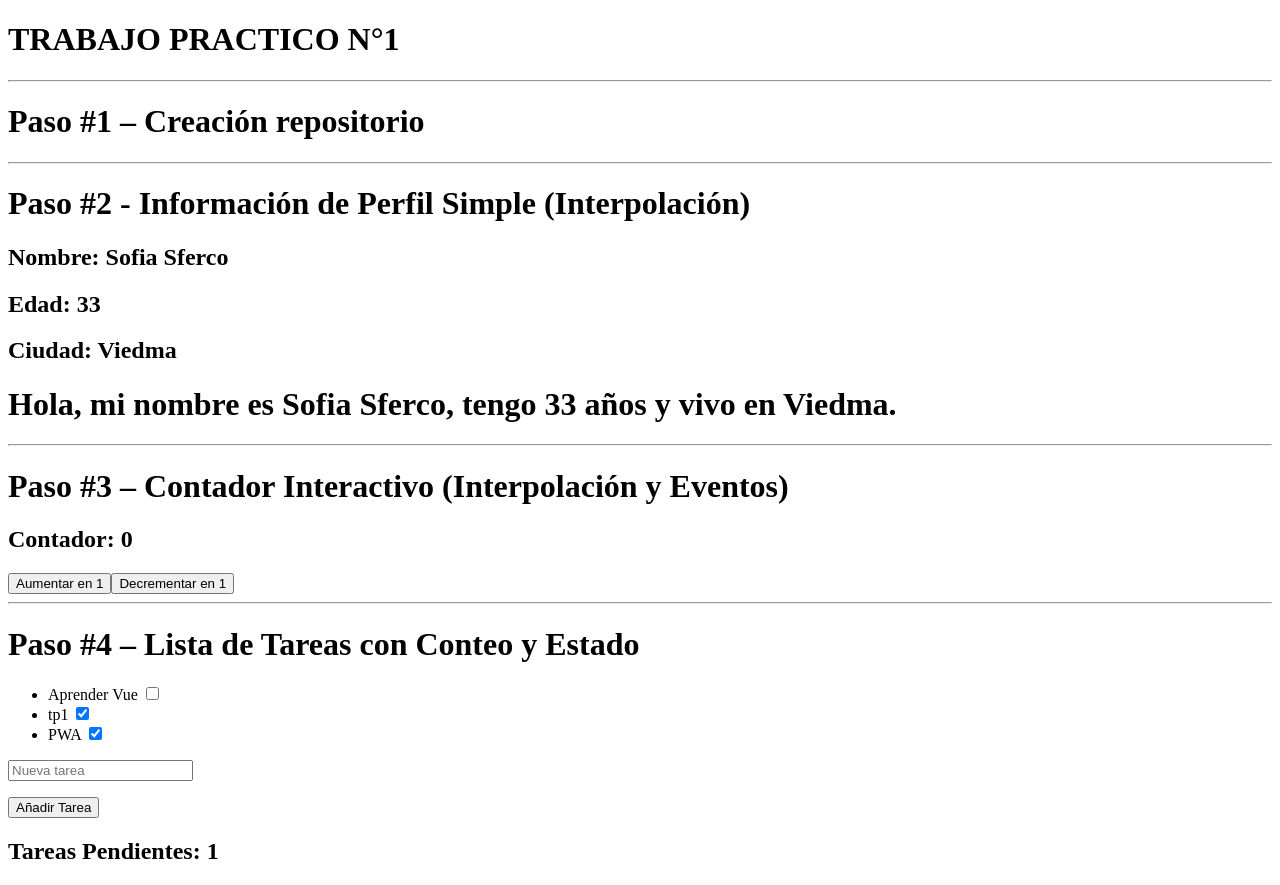
Repository: SofiaSferco/PWA-2026
Page: practico01/index.html
The author's editor kept a copy of each file at every save. The page is drawn from the files as they stood at one save, then again after the next save.
The browser window is 1280 px wide. The pictures show the whole page.

Above is the page before, as saved 2026-09-10 02:06:44.

### practico01/index.html
<!DOCTYPE html>
<html lang="en">
<head>
    <meta charset="UTF-8">
    <title>Practico 01</title>
    <script src="https://cdn.jsdelivr.net/npm/vue/dist/vue.js"></script>
</head>
<body>
    <div id="app">
        <p>
            <h1>TRABAJO PRACTICO N°1</h1>
        </p>
        <hr>
        <h1>Paso #1 – Creación repositorio</h1>
        <hr>
        <h1>Paso #2 - Información de Perfil Simple (Interpolación)</h1>
        <h2>Nombre: {{nombre}}</h2>
        <h2>Edad: {{edad}}</h2>
        <h2>Ciudad: {{ciudad}}</h2>
        <h1>Hola, mi nombre es {{nombre}}, tengo {{edad}} años y vivo en {{ciudad}}.</h1>
        <hr>
        <h1>Paso #3 – Contador Interactivo (Interpolación y Eventos)</h1>
        <h2>Contador: {{contador}}</h2>
        <button @click="aumentar">Aumentar en 1</button><button v-on:click="decrementar">Decrementar en 1</button>
        <hr>
        <h1>Paso #4 – Lista de Tareas con Conteo y Estado</h1>
        <ul>
            <li v-for="tarea in tareas" :key="tarea.id">
                {{tarea.texto}} <input type="checkbox" v-model="tarea.completada">
            </li>
        </ul>
        <p>
            <input type="text" v-model="nuevaTarea" placeholder="Nueva tarea">
        </p>
        <button @click="agregarTarea">Añadir Tarea</button>
        <h2>Tareas Pendientes: {{tareasPendientes.length}}</h2>
    </div>
    <script>
       var app= new Vue({
           el: '#app',
           data: {
               nombre: 'Sofia Sferco',
               edad: 33,
               ciudad: 'Viedma',
               contador: 0,
               nuevaTarea: '',
               tareas: [
                {
                id:1,
                texto: 'Aprender Vue',
                completada: false,
               },
                {
                id:2,
                texto: 'tp1',
                completada: true,
               },
               {
                id:3,
                texto: 'PWA',
                completada: true,
               },
            ]
           },
            methods: {
               aumentar: function() {
                    this.contador++;
               },
               decrementar: function() {
                    this.contador--;
               },
               agregarTarea: function () {
                this.tareas.push({
                    id:this.tareas.length + 1,
                    texto: this.nuevaTarea,
                    completada:false,
                    }
                )
                this.nuevaTarea = '';
            },
           },
           computed: {
            tareasPendientes: function() {
                        return this.tareas.filter(function(tarea){
                            return tarea.completada==false
                        }
                    )
                    },
            totalTareas: function() {
                    return this.tareas.length;
                    },

                }
            }
       )
    </script>
</body>
</html>

After the next save:
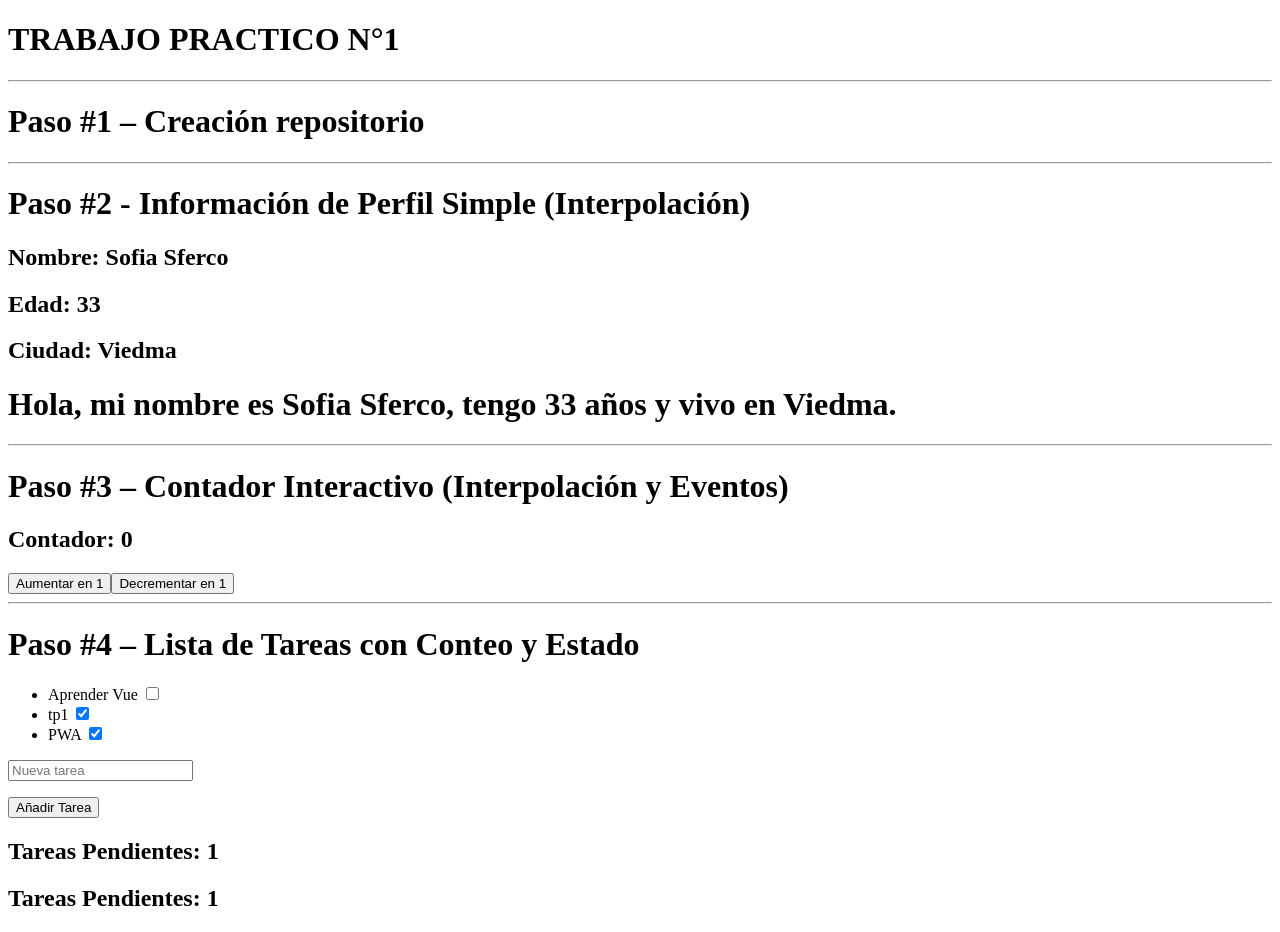
Saved 14 s later.
--- a/practico01/index.html
+++ b/practico01/index.html
@@ -33,6 +33,7 @@
             <input type="text" v-model="nuevaTarea" placeholder="Nueva tarea">
         </p>
         <button @click="agregarTarea">Añadir Tarea</button>
+        <h2>Tareas Pendientes: {{tareasPendientes.length}}</h2>
         <h2>Tareas Pendientes: {{tareasPendientes.length}}</h2>
     </div>
     <script>
